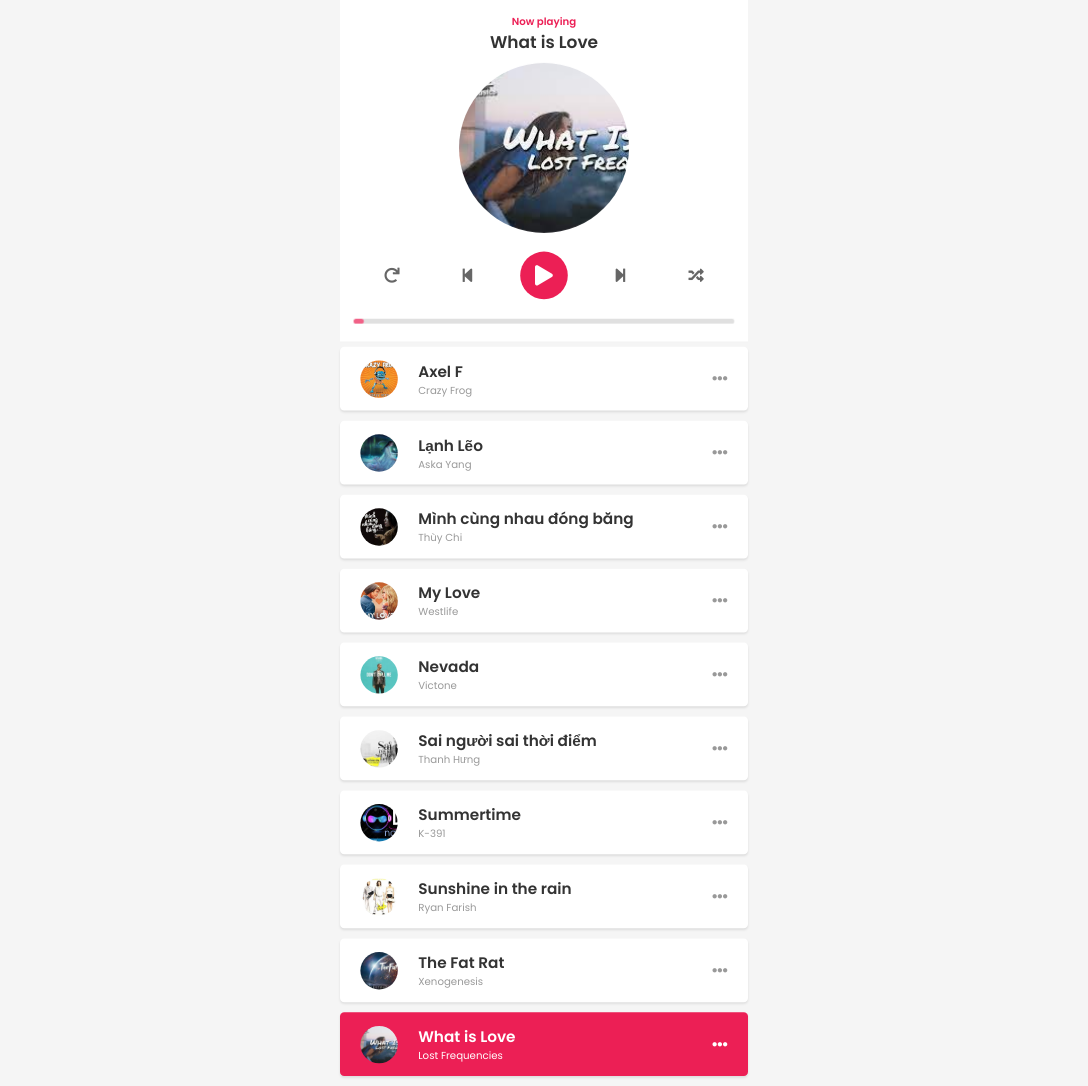
Repository: NBlue/Music_Player
Page: index.html
These files come from the project's save history. The page is drawn as it stood at one moment and after the next save; the edit follows.
The browser window is 1280 px wide. The pictures show the whole page, at 85% of full size.
After loading, the first visible `div.btn-prev` was clicked once.

Above is the page before, as saved 2021-10-16 21:57:28.

### index.html
<!DOCTYPE html>
<html lang="en">
    <head>
        <meta charset="UTF-8" />
        <meta http-equiv="X-UA-Compatible" content="IE=edge" />
        <meta name="viewport" content="width=device-width, initial-scale=1.0" />
        <title>Music player</title>
        <link
            rel="stylesheet"
            href="https://cdnjs.cloudflare.com/ajax/libs/font-awesome/5.15.2/css/all.min.css"
            integrity="sha512-HK5fgLBL+xu6dm/Ii3z4xhlSUyZgTT9tuc/hSrtw6uzJOvgRr2a9jyxxT1ely+B+xFAmJKVSTbpM/CuL7qxO8w=="
            crossorigin="anonymous"
        />
        <link rel="preconnect" href="https://fonts.gstatic.com" />
        <link
            href="https://fonts.googleapis.com/css2?family=Poppins:wght@300;400;600&display=swap"
            rel="stylesheet"
        />
        <!-- Fix bug http://127.0.0.1:47021/favicon.ico -->
        <link rel="shortcut icon" href="#" />

        <link rel="stylesheet" href="./assets/css/style.css" />
        <!-- Test Css cho slider range thumb, DÙNG ĐỂ CSS CHO LỚP GIẢ -->
        <style data="test" type="text/css"></style>
    </head>
    <body>
        <div class="player">
            <!-- Dashboard - Bảng điều khiển -->
            <div class="dashboard">
                <!-- Header -->
                <header>
                    <h4>Now playing</h4>
                    <h2>String 57th & 9th</h2>
                </header>

                <!-- CD -->
                <div class="cd">
                    <div
                        class="cd-thumb"
                        style="
                            background-image: url(https://i.ytimg.com/vi/jTLhQf5KJSc/maxresdefault.jpg);
                        "
                    ></div>
                </div>

                <!-- Control -->
                <div class="control">
                    <div class="btn btn-repeat">
                        <i class="fas fa-redo"></i>
                    </div>
                    <div class="btn btn-prev">
                        <i class="fas fa-step-backward"></i>
                    </div>
                    <div class="btn btn-toggle-play">
                        <i class="fas fa-pause icon-pause"></i>
                        <i class="fas fa-play icon-play"></i>
                    </div>
                    <div class="btn btn-next">
                        <i class="fas fa-step-forward"></i>
                    </div>
                    <div class="btn btn-random">
                        <i class="fas fa-random"></i>
                    </div>
                </div>

                <input
                    type="range"
                    id="progress"
                    class="progress"
                    value="0"
                    step="1"
                    min="0"
                    max="100"
                />

                <audio src="" id="audio"></audio>
            </div>

            <!-- Playlist -->
            <div class="playlist">
                <!-- <div class="song">
                    <div
                        class="thumb"
                        style="
                            background-image: url(https://i.ytimg.com/vi/jTLhQf5KJSc/maxresdefault.jpg);
                        "
                    ></div>
                    <div class="body">
                        <h3 class="title">Music name</h3>
                        <p class="author">Singer</p>
                    </div>
                    <div class="option">
                        <i class="fas fa-ellipsis-h"></i>
                    </div>
                </div>
                <div class="song">
                    <div
                        class="thumb"
                        style="
                            background-image: url(https://i.ytimg.com/vi/jTLhQf5KJSc/maxresdefault.jpg);
                        "
                    ></div>
                    <div class="body">
                        <h3 class="title">Music name</h3>
                        <p class="author">Singer</p>
                    </div>
                    <div class="option">
                        <i class="fas fa-ellipsis-h"></i>
                    </div>
                </div>
                <div class="song">
                    <div
                        class="thumb"
                        style="
                            background-image: url(https://i.ytimg.com/vi/jTLhQf5KJSc/maxresdefault.jpg);
                        "
                    ></div>
                    <div class="body">
                        <h3 class="title">Music name</h3>
                        <p class="author">Singer</p>
                    </div>
                    <div class="option">
                        <i class="fas fa-ellipsis-h"></i>
                    </div>
                </div> -->
            </div>
        </div>

        <!-- SCRIPT -->
        <script src="./main.js"></script>
    </body>
</html>

### assets/css/style.css
:root {
    --primary-color: #ec1f55;
    --text-color: #333;
}

* {
    padding: 0;
    margin: 0;
    box-sizing: inherit;
}

body {
    background-color: #f5f5f5;
}

html {
    box-sizing: border-box;
    font-family: "Poppins", sans-serif;
}

.player {
    position: relative;
    max-width: 480px;
    margin: 0 auto;
}

.player .icon-pause {
    display: none;
}

.player.playing .icon-pause {
    display: inline-block;
}

.player.playing .icon-play {
    display: none;
}

.dashboard {
    /* display: none; */
    padding: 16px 16px 14px;
    background-color: #fff;
    position: fixed;
    top: 0;
    width: 100%;
    max-width: 480px;
    border-bottom: 1px solid #ebebeb;
}

/* HEADER */
header {
    text-align: center;
    margin-bottom: 10px;
}

header h4 {
    color: var(--primary-color);
    font-size: 12px;
}

header h2 {
    color: var(--text-color);
    font-size: 20px;
}

/* CD */
.cd {
    display: flex;
    margin: auto;
    width: 200px;
}

.cd-thumb {
    width: 100%;
    padding-bottom: 100%; /* Kĩ thuật padding-top: để làm ảnh vuông*/
    border-radius: 50%;
    background-color: #333;
    background-size: cover;
    margin: auto;
}

/* CONTROL */
.control {
    display: flex;
    align-items: center;
    justify-content: space-around;
    padding: 18px 0 8px 0;
}

.control .btn {
    color: #666;
    padding: 18px;
    font-size: 18px;
}

.control .btn.active {
    color: var(--primary-color);
}

.control .btn-toggle-play {
    width: 56px;
    height: 56px;
    border-radius: 50%;
    font-size: 24px;
    color: #fff;
    display: flex;
    align-items: center;
    justify-content: center;
    background-color: var(--primary-color);
}

.progress {
    width: 100%;
    height: 6px;
    -webkit-appearance: none; /*ẩn cái thanh process*/
    background-color: #d3d3d3;
    outline: none;
    opacity: 0.7;
    -webkit-transition: 0.2s;
    transition: opacity 0.2s;
    border-radius: 3px;
}

.progress::-webkit-slider-thumb {
    /* Css cho cái nút tròn tròn thành hình khác: thumb - ngón tay*/
    -webkit-appearance: none;
    appearance: none;
    width: 12px;
    height: 6px;
    background-color: var(--primary-color);
    cursor: pointer;
    border-radius: 3px;
}

/* PLAYLIST */
.playlist {
    margin-top: 408px; /* Vì cái dashbroad được fixed nên nó chồi lên trên*/
}

.song {
    display: flex;
    align-items: center;
    margin-bottom: 12px;
    background-color: #fff;
    padding: 8px 16px;
    border-radius: 5px;
    box-shadow: 0 2px 3px rgba(0, 0, 0, 0.1);
}
.song.active {
    background-color: var(--primary-color);
}

.song:active {
    opacity: 0.8;
}

.song.active .option,
.song.active .author,
.song.active .title {
    color: #fff;
}
.song .thumb {
    width: 44px;
    height: 44px;
    border-radius: 50%;
    background-size: cover;
    margin: 0 8px;
}

.song .body {
    flex: 1;
    padding: 0 16px;
}

.title {
    font-size: 18px;
    color: var(--text-color);
}

.song .author {
    font-size: 12px;
    color: #999;
}

.song .option {
    padding: 16px 8px;
    color: #999;
    font-size: 18px;
}

### main.js
/**
 * CÔNG VIỆC PHẢI LÀM:
 * 1. Render songs
 * 2. Scroll top
 * 3. Play / pause / seek
 * 4. CD rotate
 * 5. Next / prev
 * 6. Random
 * 7. Next / Repeat when ended
 * 8. Active song
 * 9. Scroll active song into view
 * 10. Play song when click
 */

const $ = document.querySelector.bind(document);
const $$ = document.querySelectorAll.bind(document);

const cd = $(".cd");
const header = $("header h2");
const cdThum = $(".cd-thumb");
const audio = $("#audio");
const playBtn = $(".btn-toggle-play");
const player = $(".player");
const inputProgress = $(".progress");
//Đặt biến giống stackoverflow: để thay đổi css của: progress::-webkit-slider-thumb
var style = document.querySelector('[data="test"]');

const nextBtn = $(".btn-next");
const prevBtn = $(".btn-prev");
const randomBtn = $(".btn-random");
const repeatBtn = $(".btn-repeat");

const app = {
    currentIndex: 0, // chỉ mục đầu tiên của mảng
    isplaying: false, // đặt thuộc tính đang phát nhạc thành sai, khi đúng thì dừng nhạc
    //isRandomSong: true,  //Cách của mình
    isRandomSong: false, //Cách anh Sơn hay - hiểu
    isRepeat: false,

    songs: [
        {
            name: "Axel F",
            singer: "Crazy Frog",
            path: "./assets/music/Song1.mp3",
            image: "./assets/img/Song1.jpg",
        },
        {
            name: "Lạnh Lẽo",
            singer: "Aska Yang",
            path: "./assets/music/Song2.mp3",
            image: "./assets/img/Song2.jpg",
        },
        {
            name: "Mình cùng nhau đóng băng",
            singer: "Thùy Chi",
            path: "./assets/music/Song3.mp3",
            image: "./assets/img/Song3.jpg",
        },
        {
            name: "My Love",
            singer: "Westlife",
            path: "./assets/music/Song4.mp3",
            image: "./assets/img/Song4.jpg",
        },
        {
            name: "Nevada",
            singer: "Victone",
            path: "./assets/music/Song5.mp3",
            image: "./assets/img/Song5.jpg",
        },
        {
            name: "Sai người sai thời điểm",
            singer: "Thanh Hưng",
            path: "./assets/music/Song6.mp3",
            image: "./assets/img/Song6.jpg",
        },
        {
            name: "Summertime",
            singer: "K-391",
            path: "./assets/music/Song7.mp3",
            image: "./assets/img/Song7.jpg",
        },
        {
            name: "Sunshine in the rain",
            singer: "Ryan Farish",
            path: "./assets/music/Song8.mp3",
            image: "./assets/img/Song8.jpg",
        },
        {
            name: "The Fat Rat",
            singer: "Xenogenesis",
            path: "./assets/music/Song9.mp3",
            image: "./assets/img/Song9.jpg",
        },
        {
            name: "What is Love",
            singer: "Lost Frequencies",
            path: "./assets/music/Song10.mp3",
            image: "./assets/img/Song10.jpg",
        },
    ],
    render: function () {
        // console.log(123);
        const html = this.songs.map((song, index) => {
            return `
                <div class="song ${index === app.currentIndex ? "active" : ""}">
                    <div
                        class="thumb"
                        style="
                            background-image: url(${song.image});
                        "
                    ></div>
                    <div class="body">
                        <h3 class="title">${song.name}</h3>
                        <p class="author">${song.singer}</p>
                    </div>
                    <div class="option">
                        <i class="fas fa-ellipsis-h"></i>
                    </div>
                </div>
            `;
        });
        // console.log(html);
        $(".playlist").innerHTML = html.join("");
    },

    // Hàm định nghĩa ra các thuộc tính
    defineProperties: function () {
        // Khi gọi hàm này: Định nghĩa ra thuộc tính currentSong của đốit ượng app
        Object.defineProperty(this, "currentSong", {
            get: function () {
                return this.songs[this.currentIndex];
            },
        });
    },

    handleEvent: function () {
        // XỬ LÍ CD QUAY / DỪNG
        const cdAnimation = cdThum.animate([{ transform: "rotate(360deg)" }], {
            duration: 10000, // quay 1 vong trong 10s
            iterations: Infinity,
        });
        cdAnimation.pause(); // Mặc định bắt đầu start web thì cdAnimation ko quay

        // XỬ LÍ PHÓNG TO THU NHỎ SINH VIÊN
        // console.log(cd); console ra element để xem có các thuộc tính gì -> xđ được ofsetWidth = 200
        const cdWidth = cd.offsetWidth; // chiều ngang hiện tại

        document.onscroll = function () {
            //console.log(document.documentElement.scrollTop); // Lấy ra giá trị thay đổi khi scroll màn hình, từ số liệu đó để tính toán lập trình
            //console.log(window.scrollY); // bằng cái kia
            const scrollTop =
                document.documentElement.scrollTop || window.scrollY;
            const newCdWidth = cdWidth - scrollTop;
            cd.style.width = newCdWidth > 0 ? newCdWidth + "px" : 0;
            cd.style.opacity = newCdWidth / cdWidth;
        };

        // XỬ LÍ ONCLICK
        playBtn.onclick = function () {
            // Logic cùi bắp
            if (app.isplaying) {
                audio.pause();
                // app.isplaying = false;
                // player.classList.remove("playing");
            } else {
                audio.play();
                // app.isplaying = true;
                // player.classList.add("playing");
            }

            // Khi song được play
            audio.onplay = function () {
                //Tư duy: lắng nghe sự kiện chơi của audio
                app.isplaying = true;
                player.classList.add("playing");
                cdAnimation.play();
            };

            // Khi song bị pause
            audio.onpause = function () {
                app.isplaying = false;
                player.classList.remove("playing");
                cdAnimation.pause();
            };

            // Xử lí chạy tiến trình inputProgress - range
            // console.log(audio.duration);
            audio.ontimeupdate = function () {
                // const percentSong = audio.currentTime / audio.duration;
                // const widthThumbPlaying =
                //     percentSong * inputProgress.clientWidth;
                // style.innerHTML =
                //     ".progress::-webkit-slider-thumb { width: " +
                //     widthThumbPlaying +
                //     "px !important; }";

                if (audio.duration) {
                    const progressPercent = Math.floor(
                        (audio.currentTime / audio.duration) * 100
                    );
                    inputProgress.value = progressPercent;
                }
            };

            // Xử lí khi tua bài hát
            inputProgress.onchange = function (e) {
                //Bắt sự kiện thay đổi
                // Cách 1: của mình
                // const lengthSong = (inputProgress.value / 100) * audio.duration;
                // audio.currentTime = lengthSong;

                // Cách 2: của anh Sơn có lấy ra event trong function: e
                const lengthSong = (e.target.value / 100) * audio.duration;
                audio.currentTime = lengthSong;
            };

            // Next
        };

        // XỬ LÍ ONCLICK NEXT PREV
        nextBtn.onclick = function () {
            if (randomBtn.classList.contains("active")) {
                app.playRandomSong();
            } else {
                app.nextSong();
            }
            app.addActiveToSong();
            audio.play();
            app.scrollToActiveSong();
        };
        prevBtn.onclick = function () {
            if (randomBtn.classList.contains("active")) {
                app.playRandomSong();
            } else {
                app.prevSong();
            }
            app.addActiveToSong();
            audio.play();
            app.addActiveToSong();
        };

        // XỬ LÍ ONCLICK RANDOM()
        // const randomSong = true;
        randomBtn.onclick = function () {
            // Cách của mình:
            // if (app.isRandomSong) {
            //     randomBtn.classList.add("active");
            //     app.isRandomSong = false;
            // } else {
            //     randomBtn.classList.remove("active");
            //     app.isRandomSong = true;
            // }

            // Cách anh Sơn:
            app.isRandomSong = !app.isRandomSong;
            randomBtn.classList.toggle("active", app.isRandomSong);
        };

        // XỬ LÍ CLICK REPEAT SONG - NHỮNG CÁI GÌ CÓ HOẶC KO THÌ TƯ DUY THEO KIỂU BOOLEAN
        repeatBtn.onclick = function () {
            app.isRepeat = !app.isRepeat;
            repeatBtn.classList.toggle("active", app.isRepeat);
        };

        // XỬ LÍ NEXT SONG KHI AUDIO KẾT THÚC TỰ NHẢY BÀI MỚI
        audio.onended = function () {
            if (app.isRepeat) {
                audio.play(); // Nếu lặp lại chơi luôn, ko cần load currentIndex mới
            } else if (app.isRandomSong) {
                // Nếu = true theo anh Sơn dạy
                app.playRandomSong();
            } else {
                app.nextSong();
            }
            app.addActiveToSong();
            app.scrollToActiveSong();
            audio.play();
        };
    },

    // Next - Prev
    nextSong: function () {
        this.currentIndex++;
        if (this.currentIndex > this.songs.length - 1) {
            this.currentIndex = 0;
        }
        this.loadCurrentSong(); // Khi xong chỉ số thì phải load bài hát
        //app.render(); //Cách anh Sơn để làm active song kế tiếp
    },
    prevSong: function () {
        this.currentIndex--;
        if (this.currentIndex < 0) {
            this.currentIndex = this.songs.length - 1;
        }
        this.loadCurrentSong();
    },
    playRandomSong: function () {
        // Random ra bài khác với bài random hiện tại
        let newIndex;
        do {
            newIndex = Math.floor(Math.random() * this.songs.length);
        } while (newIndex === app.currentIndex);
        app.currentIndex = newIndex;
        this.loadCurrentSong();
    },

    //Thêm active cho song kế tiếp
    addActiveToSong: function () {
        let activeSong = $(".song.active");
        activeSong.classList.remove("active");
        let songs = $$(".song");
        for (var song of songs) {
            if (song.textContent.includes(app.songs[app.currentIndex].name)) {
                song.classList.add("active");
                break;
            }
        }
    },

    scrollToActiveSong: function () {
        setTimeout(function () {
            let activeSong = $(".song.active");
            activeSong.scrollIntoView({
                behavior: "smooth",
            });
        }, 200);
    },

    loadCurrentSong: function () {
        header.textContent = this.currentSong.name;
        cdThum.style.backgroundImage = `url(${this.currentSong.image})`;
        audio.src = this.currentSong.path;
        // console.log([header, cdThum, audio]);
    },

    start: function () {
        // cái này giống phương thức mặc định trong javafx (OOP) để thực thi các hàm trong đó khi start app
        // Định nghĩa các thuộc tính cho object (app)
        this.defineProperties();

        // Lắng nghe và xử lí các sự kiện
        this.handleEvent();

        // Tải thông tin bài hát đầu tien vào UI khi chạy
        this.loadCurrentSong();

        // Render playlist
        this.render();
    },
};
app.start();

After the next save:
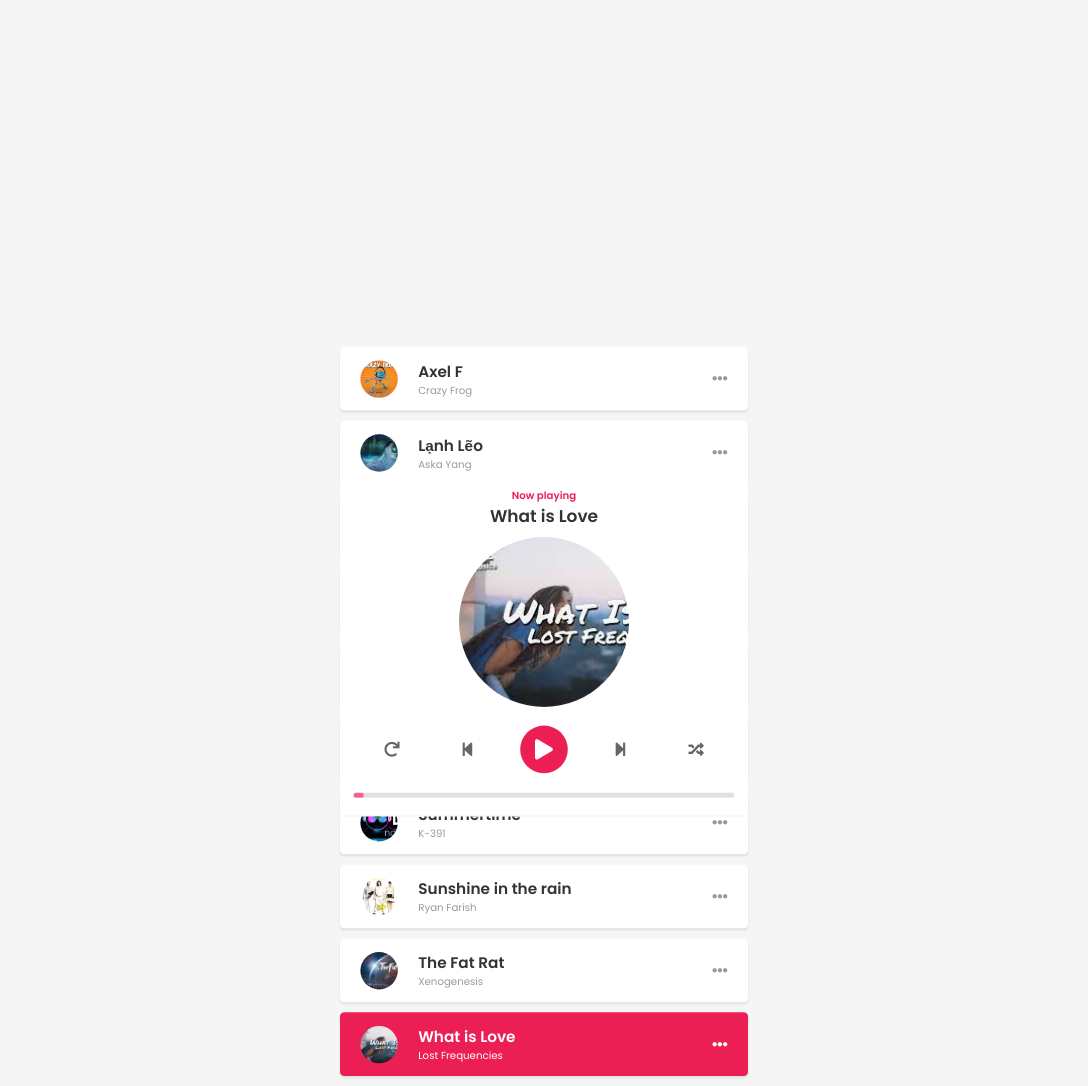
Saved 37 s later.
--- a/main.js
+++ b/main.js
@@ -237,7 +237,7 @@ const app = {
             }
             app.addActiveToSong();
             audio.play();
-            app.addActiveToSong();
+            app.scrollToActiveSong();
         };
 
         // XỬ LÍ ONCLICK RANDOM()
